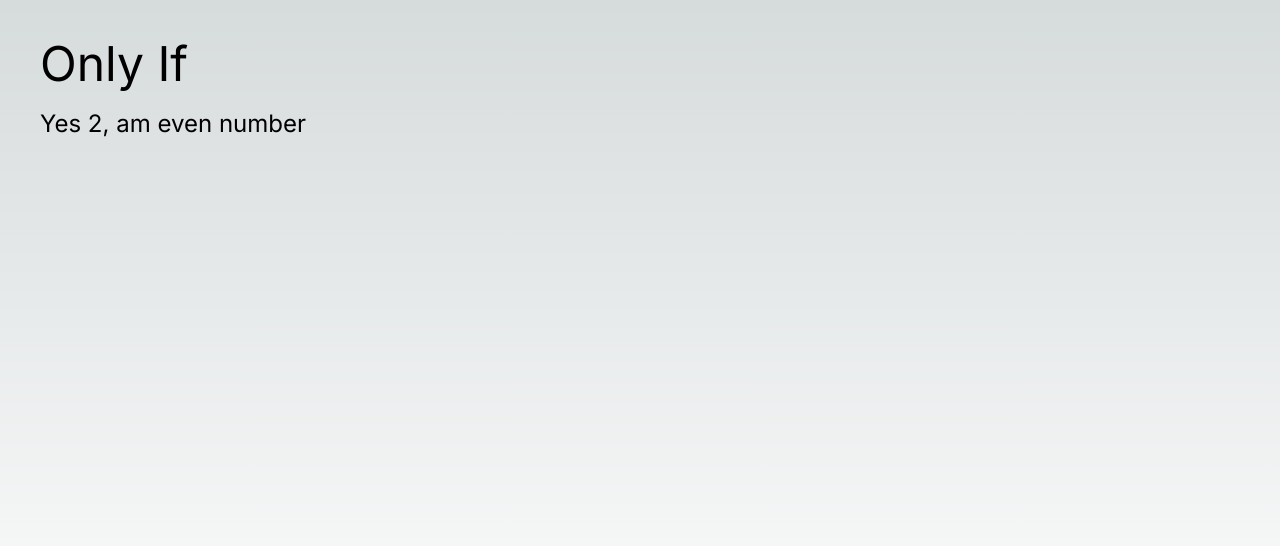
Repository: chapeee/learnNextBella
Page: / (app in basicconcepts/)
An editor plug-in stored every save of this project. The page is shown before and after a run of saves, followed by the edit.
The browser window is 1280 px wide. The pictures show the whole page.
The project was rebuilt for these pictures with package versions that can differ from the ones it lists, and the page was loaded fresh each time. The framework's server and built-in components were replaced by stand-ins that run in the browser. Also part of the build but not shown: basicconcepts/next.config.mjs.

Above is the page before, as saved 2024-03-22 21:00:26.

After the next 2 saves:
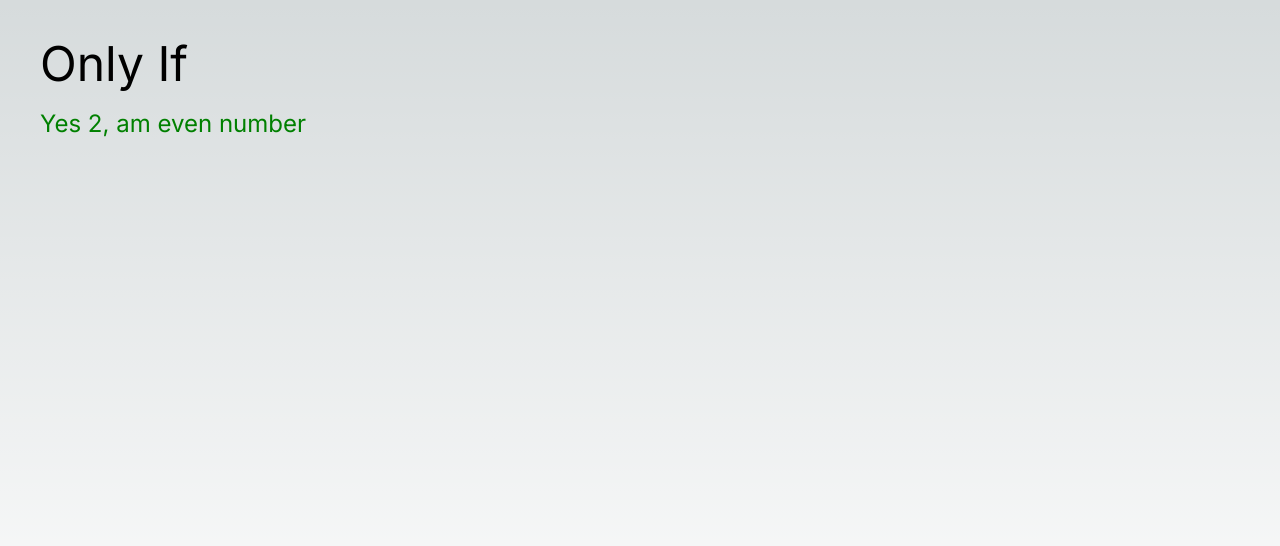
The 2 saves are shown as one change because they came seconds apart.
The last was saved 30 s later.
--- a/basicconcepts/src/app/Components/ConditionRendering.tsx
+++ b/basicconcepts/src/app/Components/ConditionRendering.tsx
@@ -24,9 +24,9 @@ export default function ConditionRendering() {
                 {
                     //checking condition (if)
                     isEvenNumber ? (
-                        <div className='text-green text-2xl'>Yes {numberEvenOrOdd}, am even number</div>
+                        <div className='text-[green] text-2xl'>Yes {numberEvenOrOdd}, am even number</div>
                     ) : (
-                        <div className='text-red text-2xl'>So sad {numberEvenOrOdd}, am not even number</div>
+                        <div className='text-[red] text-2xl'>So sad {numberEvenOrOdd}, am not even number</div>
                     )
 
                 }
